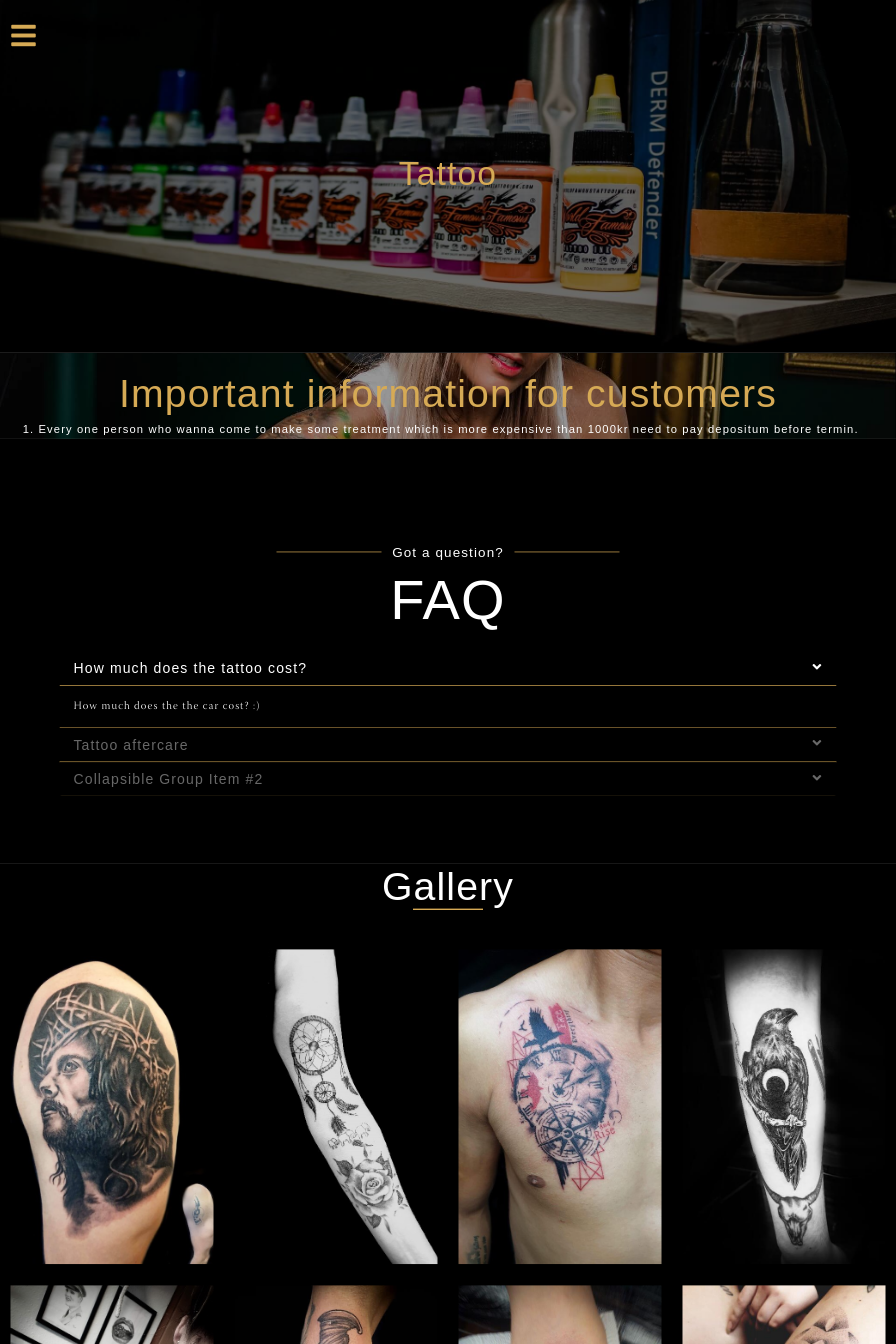
Repository: Spreceriany/TattooWeb
Page: tattoo-en.html
These files come from the project's save history. The page is drawn as it stood at one moment and after the next save; the edit follows.
The browser window is 1280 px wide. The pictures show the part of the page from y = 0 to 1920 px (the page is 3004 px tall before and 3272 px after), at 70% of full size.
Backgrounds fixed to the window are drawn as part of the page. Some web fonts or font styles are not loaded; a fallback is used. Some web libraries are served in a nearby version.

Above is the page before, as saved 2020-04-23 18:58:00.
Console error: TypeError: Cannot read properties of null (reading 'addEventListener')

### tattoo-en.html
<!DOCTYPE html>
<html>
<head>
    <meta charset='utf-8'>
    <meta http-equiv='X-UA-Compatible' content='IE=edge'>
    <title>Tattoo - Manovistudio</title>
    <meta name='viewport' content='width=device-width, initial-scale=1'>
    <link rel='stylesheet' type='text/css' media='screen' href='css/main.css'>

    <link rel="stylesheet" href="https://stackpath.bootstrapcdn.com/bootstrap/4.4.1/css/bootstrap.min.css" integrity="sha384-Vkoo8x4CGsO3+Hhxv8T/Q5PaXtkKtu6ug5TOeNV6gBiFeWPGFN9MuhOf23Q9Ifjh" crossorigin="anonymous">

    <link rel="stylesheet" href="https://use.fontawesome.com/releases/v5.11.2/css/all.css">

    <link rel="stylesheet" href="css/mdb.min.css">

    <link rel="stylesheet" href="css/lightgallery.min.css">

    <link rel="stylesheet" href="css/swiper.css">

    <link rel="stylesheet" href="css/aos.css">

    <link rel="stylesheet" href="css/style.css">
    <link rel="icon" type="image/png" href="/images/favicon-32x32.png" sizes="32x32" />
    <link rel="icon" type="image/png" href="/images/favicon-16x16.png" sizes="16x16" />
</head>
<body>
  <div style="overflow-x:hidden; position:relative">
  <div class="wrapper-tattoo">
    <button class="netflix-nav-btn netflix-open-btn">
   <i class="fas fa-bars fa-2x"></i>
</button>

<h1 class="gold site-section-heading2">Tattoo</h1>


<div class="netflix-nav netflix-nav-black">
   <div class="netflix-nav netflix-nav-red">
       <div class="netflix-nav netflix-nav-white">

           <button class="netflix-nav-btn netflix-close-btn"><i class="fas fa-times"></i></button>

           <img class="netflix-logo" src="images/GOLD.png" alt="ManoviStudio Logo" />

           <ul class="netflix-list">
               <li><a href="index-en.php">Home</a></li>
               <li><a href="index-en.php#about">About</a></li>
               <li><a href="index-en.php-en#services">Services</a></li>
               <li>
                   <ul>
                       <li><a href="tattoo-en.html" class="gold">Tattoo</a></li>
                       <li><a href="beauty-en.html" >Beauty</a></li>
                       <li><a href="piercing-en.html">Piercing</a></li>

                   </ul>
               </li>
               <li><a href="index-en.php#contact">Contact Us</a></li>

              <li>
                <a href="tattoo.html">Danish</a
                ><img
                  src="/images//denmark.svg"
                  alt="danish-flag"
                  class="flag"
                />
              </li>
           </ul>
       </div>
   </div>
</div>




</div>
<div style="overflow-x:hidden; position:relative">
  <div class="container-fluid tattoo-uvod py-4">
    <h2 class="gold  text-center display-4 ">Important information for customers</h2>


          <ol class="text-white float-right">
            <li>Every one person who wanna come to make some treatment which is more expensive than 1000kr need to pay depositum before termin. </li>
            <li>Minimum price of tattoo or refil of permanent makeup is 500kr.</li>
            <li>Infos before treatments are really important so you should read it carefully and all into the end. </li>
            <li> Time and date which we agree please respect and come on the time (you never know if there is not booked person before or after you) </li>
            <li> If you wanna cancel your booked time because you sick or from some another reason , please contact me soon as possible. There is another people which waiting to get time. </li>
            <li>Person, which cancel appointment 2x will not get new appointment!</li>
            <li>Please come for treatment with max 1 friend . More people can bother my concentration and focus about what im doing 🙂</li>
          </ol>

  </div>
<div class="container-fluid black-bg py-5" style="height: auto;"  data-aos="fade" data-aos-duration="2000">
  <div class="container align-items-center flex-column ">
    <div class="text-center" data-aos="zoom-in">
         <h2 class="subtitle fancy text-white" style="font-size: 1.2em;"><span>Got a question?</span></h2>
     <p style="font-size: 5em;" class="mt-5 text-white">FAQ</p>
    </div>


    <div class="accordion md-accordion py-5 " id="accordionEx" role="tablist" aria-multiselectable="true" data-aos="fade" data-aos-duration="2000">

      <!-- Accordion card -->
      <div class="card black-bg">

        <!-- Card header -->
        <div class="card-header panel-heading-active " role="tab" id="headingOne1">
          <a data-toggle="collapse" data-parent="#accordionEx" href="#collapseOne1" aria-expanded="true"
            aria-controls="collapseOne1">
            <h5 class="mb-0 ">
              How much does the tattoo cost? <i class="fas fa-angle-down rotate-icon float-right"></i>
            </h5>
          </a>
        </div>

        <!-- Card body -->
        <div id="collapseOne1" class="collapse show" role="tabpanel" aria-labelledby="headingOne1"
          data-parent="#accordionEx">
          <div class="card-body">
         How much does the the car cost? :)
          </div>
        </div>

      </div>
      <!-- Accordion card -->

      <!-- Accordion card -->
      <div class="card  black-bg">

        <!-- Card header -->
        <div class="card-header panel-heading-active" role="tab" id="headingTwo2">
          <a class="collapsed" data-toggle="collapse" data-parent="#accordionEx" href="#collapseTwo2"
            aria-expanded="false" aria-controls="collapseTwo2">
            <h5 class="mb-0 ">
              Tattoo aftercare <i class="fas fa-angle-down rotate-icon float-right"></i>
            </h5>
          </a>
        </div>

        <!-- Card body -->
        <div id="collapseTwo2" class="collapse" role="tabpanel" aria-labelledby="headingTwo2"
          data-parent="#accordionEx">
          <div class="card-body">


           <ol>
             <li>
               <h6>With protection film</h6>
               <p class="second-font">Leave Protective Film  3 days on tattoo. Could be hard to pull off the skin, simply let some warm water run under the tattoo film, so that the glue becomes tender and removal of the film is easier. You may also use tattoo cream to rub under the film with clean fingers to in order to remove the glue.
              </p>
             </li>
             <li>
               <h6>APPLY A THIN LAYER OF UNSCENTED MOISTURISING CREAM</h6>
               <p class="second-font">You should then apply a thin layer of an unscented moisturising cream like PHANTHENOL – we will tell you which we recommend. 3-5 times a day</p>
             </li>

 <li>
               <h6>KEEP THE TATTOO CLEAN AND DRY</h6>
               <p class="second-font">Keep the tattoo clean and dry, and avoid soaking it in water for at least a month (showers are ok, baths are not). If your clothes are likely to rub on it, keep it covered with gauze/clingfilm and medical tape.</p>
             </li>
             <li>
              <h6>AVOID DIRECT SUNLIGHT</h6>
              <p class="second-font">Avoid exposing it to direct sunlight unless necessary. Healed tattoos, especially coloured ones, can fade in the sun – so when it's completely healed, make sure it's covered in a high SPF if you're going to be catching some rays.</p>
            </li>
            <li>
              <h6> BE PATIENT WITH HEALING TIMES</h6>
              <p class="second-font">Healing times depend on how well you heal and the size of the design. This can range anywhere from around a week for simple, small line designs, to several months for complex, larger designs. Keep following your aftercare instructions for as long as the artist told you to, and make sure the tattoo is kept well-moisturised and clean for a good few months after that, avoiding abrasive skin products.</p>
            </li>
            <li>
              <h6>DO. NOT. ITCH.</h6>
              <p class="second-font">As the tattoo heals, it may scab or flake slightly. Avoid picking at it, as this may remove the ink in that area and lead to patches fading or being removed altogether. If it itches, don't scratch – slap it lightly instead. This should only last for the first few weeks or so – if it stays raised, itches uncontrollably, is red around the design, keeps bleeding for more than a day or so after having it done, or is continuously hot to the touch, go back to your artist or seek medical advice. Infected tattoos are very rare but can happen, and it's always worth getting it checked out if you're worried about it.</p>
            </li>
            <li>
              <h6>COME  BACK TO THE STUDIO FOR TOUCH UPS, IF NEEDED</h6>
              <p class="second-font">If you do lose ink, our studio will retouch it for free – bad tattoos and service lead to bad reputations, so it's in their interests to make sure you're happy with the final product. After about 5 weeks, come back if you need touch-ups on any area of the tattoo. WE WANT YOU TO BE HAPPY .
                ! Cover Max 6 months from date of treatment 😉 !</p>
            </li>
           </ol>
          </div>
        </div>

      </div>
      <!-- Accordion card -->

      <!-- Accordion card -->


      <div class="card  black-bg">

        <!-- Card header -->
        <div class="card-header panel-heading-active" role="tab" id="headingThree3">
          <a class="collapsed" data-toggle="collapse" data-parent="#accordionEx" href="#collapseThree3"
            aria-expanded="false" aria-controls="collapseThree3">
            <h5 class="mb-0 ">
              Collapsible Group Item #2 <i class="fas fa-angle-down rotate-icon float-right"></i>
            </h5>
          </a>
        </div>

        <!-- Card body -->
        <div id="collapseThree3" class="collapse" role="tabpanel" aria-labelledby="headingThree3"
          data-parent="#accordionEx">
          <div class="card-body">
            Anim pariatur cliche reprehenderit, enim eiusmod high life accusamus terry richardson ad squid. 3
            wolf moon officia aute, non cupidatat skateboard dolor brunch. Food truck quinoa nesciunt laborum
            eiusmod. Brunch 3 wolf moon tempor, sunt aliqua put a bird on it squid single-origin coffee nulla
            assumenda shoreditch et. Nihil anim keffiyeh helvetica, craft beer labore wes anderson cred
            nesciunt sapiente ea proident. Ad vegan excepteur butcher vice lomo. Leggings occaecat craft beer
            farm-to-table, raw denim aesthetic synth nesciunt you probably haven't heard of them accusamus
            labore sustainable VHS.
          </div>
        </div>

      </div>

        <!-- Accordion card -->

      </div>
<!-- Accordion wrapper -->

  </div>
</div>




<div class="site-wrap"  data-aos="fade">





  <div   data-aos="fade">
    <div class="container-fluid bg-black">

      <div class="row justify-content-center">

        <div class="col-md-7">
          <div class="row mb-5">
            <div class="col-12 ">
              <h2 class="site-section-heading text-center text-white">Gallery</h2>
            </div>
          </div>
        </div>

      </div>
      <div class="row gallery-container" id="lightgallery">
        <div class="col-sm-6 col-md-4 col-lg-4 col-xl-3 item img-gallery center-images-tattoo image-box" data-aos="fade" data-src="images/tattoo/IMG_1086.jpg" data-sub-html="<h4>Fading Light</h4><p>Lorem ipsum dolor sit amet, consectetur adipisicing elit. Dolor doloremque hic excepturi fugit, sunt impedit fuga tempora, ad amet aliquid?</p>">
          <a href="#"><img src="images/tattoo/IMG_1086.jpg" alt="Tattoo-image" class="img-fluid img-resize2"></a>
        </div>
        <div class="col-sm-6 col-md-4 col-lg-4 col-xl-3 item img-gallery center-images-tattoo image-box" data-aos="fade" data-src="images/tattoo/IMG_1089.jpg" data-sub-html="<h4>Fading Light</h4><p>Lorem ipsum dolor sit amet, consectetur adipisicing elit. Laboriosam omnis quaerat molestiae, praesentium. Ipsam, reiciendis. Aut molestiae animi earum laudantium.</p>">
          <a href="#"><img src="images/tattoo/IMG_1089.jpg" alt="Tattoo-image" class="img-fluid img-resize2"></a>
        </div>
        <div class="col-sm-6 col-md-4 col-lg-4 col-xl-3 item img-gallery  center-images-tattoo image-box" data-aos="fade" data-src="images/tattoo/IMG_1090.jpg" data-sub-html="<h4>Fading Light</h4><p>Lorem ipsum dolor sit amet, consectetur adipisicing elit. Quidem reiciendis, dolorum illo temporibus culpa eaque dolore rerum quod voluptate doloribus.</p>">
          <a href="#"><img src="images/tattoo/IMG_1090.jpg" alt="Tattoo-image" class="img-fluid img-resize2"></a>
        </div>
        <div class="col-sm-6 col-md-4 col-lg-4 col-xl-3 item img-gallery  center-images-tattoo image-box" data-aos="fade" data-src="images/tattoo/IMG_1095.jpg" data-sub-html="<h4>Fading Light</h4><p>Lorem ipsum dolor sit amet, consectetur adipisicing elit. Enim perferendis quae iusto omnis praesentium labore tempore eligendi quo corporis sapiente.</p>">
          <a href="#"><img src="images/tattoo/IMG_1095.jpg" alt="Tattoo-image" class="img-fluid img-resize2"></a>
        </div>
        <div class="col-sm-6 col-md-4 col-lg-4 col-xl-3 item img-gallery  center-images-tattoo image-box" data-aos="fade" data-src="images/tattoo/IMG_1102.jpg" data-sub-html="<h4>Fading Light</h4><p>Lorem ipsum dolor sit amet, consectetur adipisicing elit. Saepe, voluptatum voluptate tempore aliquam, dolorem distinctio. In quas maiores tenetur sequi.</p>">
          <a href="#"><img src="images/tattoo/IMG_1102.jpg" alt="Tattoo-image" class="img-fluid img-resize2"></a>
        </div>
        <div class="col-sm-6 col-md-4 col-lg-4 col-xl-3 item img-gallery  center-images-tattoo image-box" data-aos="fade" data-src="images/tattoo/IMG_1103.jpg" data-sub-html="<h4>Fading Light</h4><p>Lorem ipsum dolor sit amet, consectetur adipisicing elit. Saepe, voluptatum voluptate tempore aliquam, dolorem distinctio. In quas maiores tenetur sequi.</p>">
          <a href="#"><img src="images/tattoo/IMG_1103.jpg" alt="Tattoo-image" class="img-fluid img-resize2"></a>
        </div>
        <div class="col-sm-6 col-md-4 col-lg-4 col-xl-3 item img-gallery  center-images-tattoo image-box" data-aos="fade" data-src="images/tattoo/IMG_1454.jpg" data-sub-html="<h4>Fading Light</h4><p>Lorem ipsum dolor sit amet, consectetur adipisicing elit. Saepe, voluptatum voluptate tempore aliquam, dolorem distinctio. In quas maiores tenetur sequi.</p>">
          <a href="#"><img src="images/tattoo/IMG_1454.jpg" alt="Tattoo-image" class="img-fluid img-resize2"></a>
        </div>
        <div class="col-sm-6 col-md-4 col-lg-4 col-xl-3 item img-gallery  center-images-tattoo image-box" data-aos="fade" data-src="images/tattoo/IMG_1877.jpg" data-sub-html="<h4>Fading Light</h4><p>Lorem ipsum dolor sit amet, consectetur adipisicing elit. Saepe, voluptatum voluptate tempore aliquam, dolorem distinctio. In quas maiores tenetur sequi.</p>">
          <a href="#"><img src="images/tattoo/IMG_1877.jpg" alt="Tattoo-image" class="img-fluid img-resize2"></a>
        </div>
        <div class="col-sm-6 col-md-4 col-lg-4 col-xl-3 item img-gallery  center-images-tattoo image-box" data-aos="fade" data-src="images/tattoo/IMG_1878.jpg" data-sub-html="<h4>Fading Light</h4><p>Lorem ipsum dolor sit amet, consectetur adipisicing elit. Saepe, voluptatum voluptate tempore aliquam, dolorem distinctio. In quas maiores tenetur sequi.</p>">
          <a href="#"><img src="images/tattoo/IMG_1878.jpg" alt="Tattoo-image" class="img-fluid img-resize2"></a>
        </div>
        <div class="col-sm-6 col-md-4 col-lg-4 col-xl-3 item img-gallery  center-images-tattoo image-box" data-aos="fade" data-src="images/tattoo/IMG_1879.jpg" data-sub-html="<h4>Fading Light</h4><p>Lorem ipsum dolor sit amet, consectetur adipisicing elit. Saepe, voluptatum voluptate tempore aliquam, dolorem distinctio. In quas maiores tenetur sequi.</p>">
          <a href="#"><img src="images/tattoo/IMG_1879.jpg" alt="Tattoo-image" class="img-fluid img-resize2"></a>
        </div>
        <div class="col-sm-6 col-md-4 col-lg-4 col-xl-3 item img-gallery  center-images-tattoo image-box" data-aos="fade" data-src="images/tattoo/IMG_1884.jpg" data-sub-html="<h4>Fading Light</h4><p>Lorem ipsum dolor sit amet, consectetur adipisicing elit. Saepe, voluptatum voluptate tempore aliquam, dolorem distinctio. In quas maiores tenetur sequi.</p>">
          <a href="#"><img src="images/tattoo/IMG_1884.jpg" alt="Tattoo-image" class="img-fluid img-resize2"></a>
        </div>
        <div class="col-sm-6 col-md-4 col-lg-4 col-xl-3 item img-gallery  center-images-tattoo image-box" data-aos="fade" data-src="images/tattoo/arm_photo" data-sub-html="<h4>Fading Light</h4><p>Lorem ipsum dolor sit amet, consectetur adipisicing elit. Saepe, voluptatum voluptate tempore aliquam, dolorem distinctio. In quas maiores tenetur sequi.</p>">
          <a href="#"><img src="images/tattoo/arm_photo.jpg" alt="Tattoo-image" class="img-fluid img-resize2"></a>
        </div>







      </div>
    </div>
  </div>






  </div>


<div class="container-fluid px-0"  >
      <!--- Footer -->
      <footer class="footer-bs">
        <div class="row">
          <div class="col-md-4 footer-brand animated fadeInLeft d-flex col-12">
            <img
              src="images/GOLD.png"
              alt=""
              class=" d-flex justify-content-center align-self-center logo-footer mx-auto"
            />
          </div>
          <div class="col-12 col-md-4 text-center justify-content-center align-content-center d-flex   ">
            <p class="align-self-center mb-sm-4 gray">All right reserved &copy;</p>
          </div>

          <div
            class="col-md-4 col-12 footer-social animated fadeInDown d-flex flex-column mx-auto text-center justify-content-center align-items-center  "
          >
            <h4 class="gray">Follow Us</h4>
            <ul class="text-center flex-row d-flex mx-1">
              <li>
                <a href="https://www.instagram.com/alex_manovi_tattoo/">
                  <i class="fab fa-instagram fa-2x mb-1 ikonka hvr-bob" aria-hidden="true"></i>
                </a>
              </li>
              <li>
                <a href="https://www.facebook.com/manovistudio/">
                  <i class="fab fa-facebook fa-2x ikonka hvr-bob" aria-hidden="true"></i>
                </a>
              </li>
            </ul>
          </div>

        </div>
      </footer>
    </div>
</div>
  </div>
</body>
     <!-- Optional JavaScript -->
    <!-- jQuery first, then Popper.js, then Bootstrap JS -->
    <script  src="js/jquery-3.3.1.min.js"></script>
  <script defer src="js/swiper.min.js"></script>
  <script src="js/aos.js"></script>

  <script defer src="js/lightgallery-all.min.js"></script>

  <script src="js/main.js"></script>
  <script defer src="js/bootstrap.min.js"></script>
  <script src="js/js.js"></script>
  <script>
    $(document).ready(function () {
      $('#lightgallery').lightGallery();
    });
  </script>
  </body>
</html>

Loaded but not shown: css/mdb.min.css (library); css/lightgallery.min.css (library); css/swiper.css (library); css/aos.css (library); js/jquery-3.3.1.min.js (library); js/aos.js (library); js/swiper.min.js (library); js/lightgallery-all.min.js (library); js/bootstrap.min.js (library); js/main.js (294 lines, source omitted); js/js.js (142 lines, source omitted); css/style.css (1190 lines, source omitted); css/main.css (1996 lines, source omitted)

After the next save:
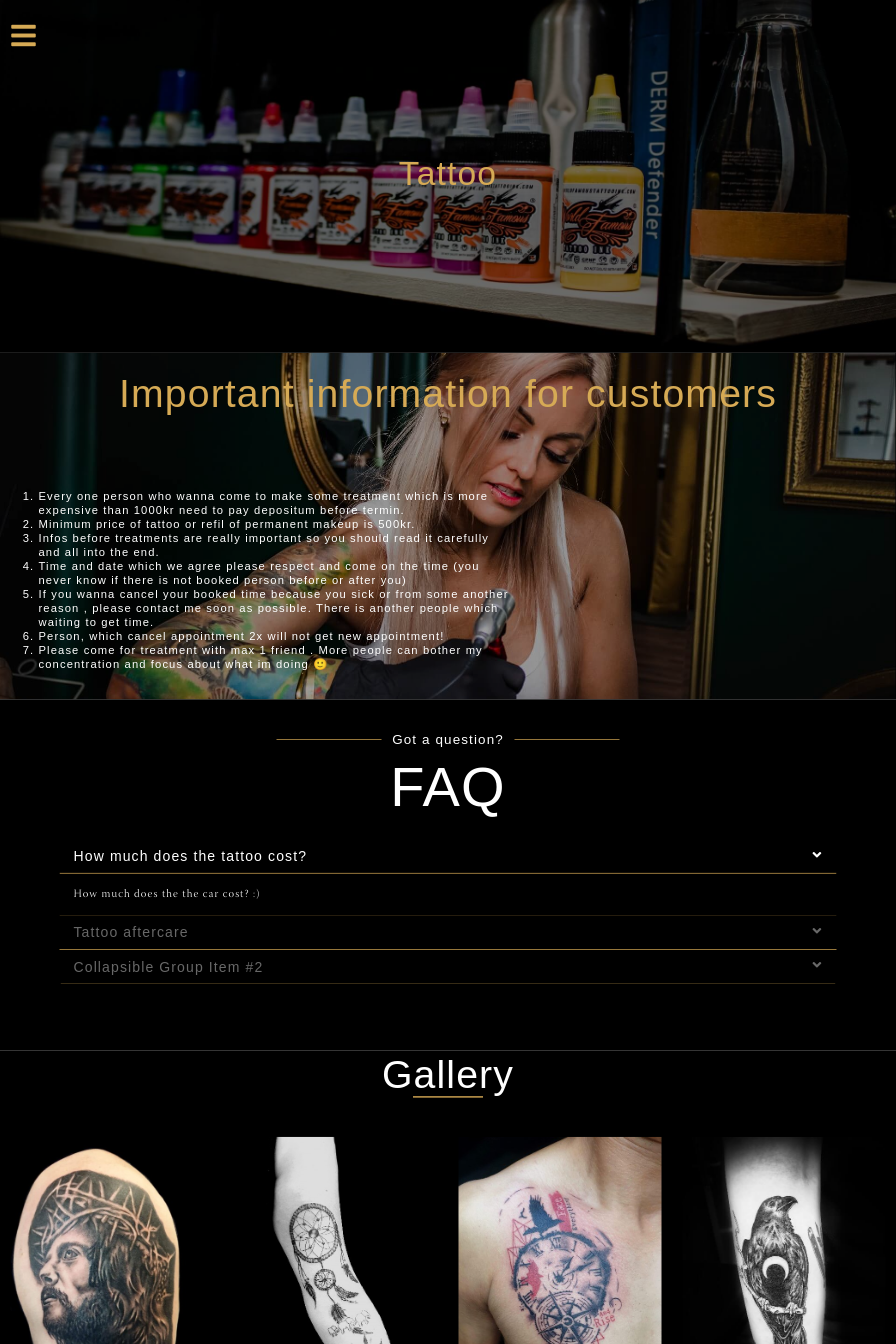
Saved 12 s later.
--- a/tattoo-en.html
+++ b/tattoo-en.html
@@ -75,9 +75,10 @@
 <div style="overflow-x:hidden; position:relative">
   <div class="container-fluid tattoo-uvod py-4">
     <h2 class="gold  text-center display-4 ">Important information for customers</h2>
-
-
-          <ol class="text-white float-right">
+    <div class="row pt-5">
+      <div class="col-7 pt-5 ">
+
+          <ol class="text-white">
             <li>Every one person who wanna come to make some treatment which is more expensive than 1000kr need to pay depositum before termin. </li>
             <li>Minimum price of tattoo or refil of permanent makeup is 500kr.</li>
             <li>Infos before treatments are really important so you should read it carefully and all into the end. </li>
@@ -86,7 +87,8 @@
             <li>Person, which cancel appointment 2x will not get new appointment!</li>
             <li>Please come for treatment with max 1 friend . More people can bother my concentration and focus about what im doing 🙂</li>
           </ol>
-
+      </div>
+    </div>
   </div>
 <div class="container-fluid black-bg py-5" style="height: auto;"  data-aos="fade" data-aos-duration="2000">
   <div class="container align-items-center flex-column ">
